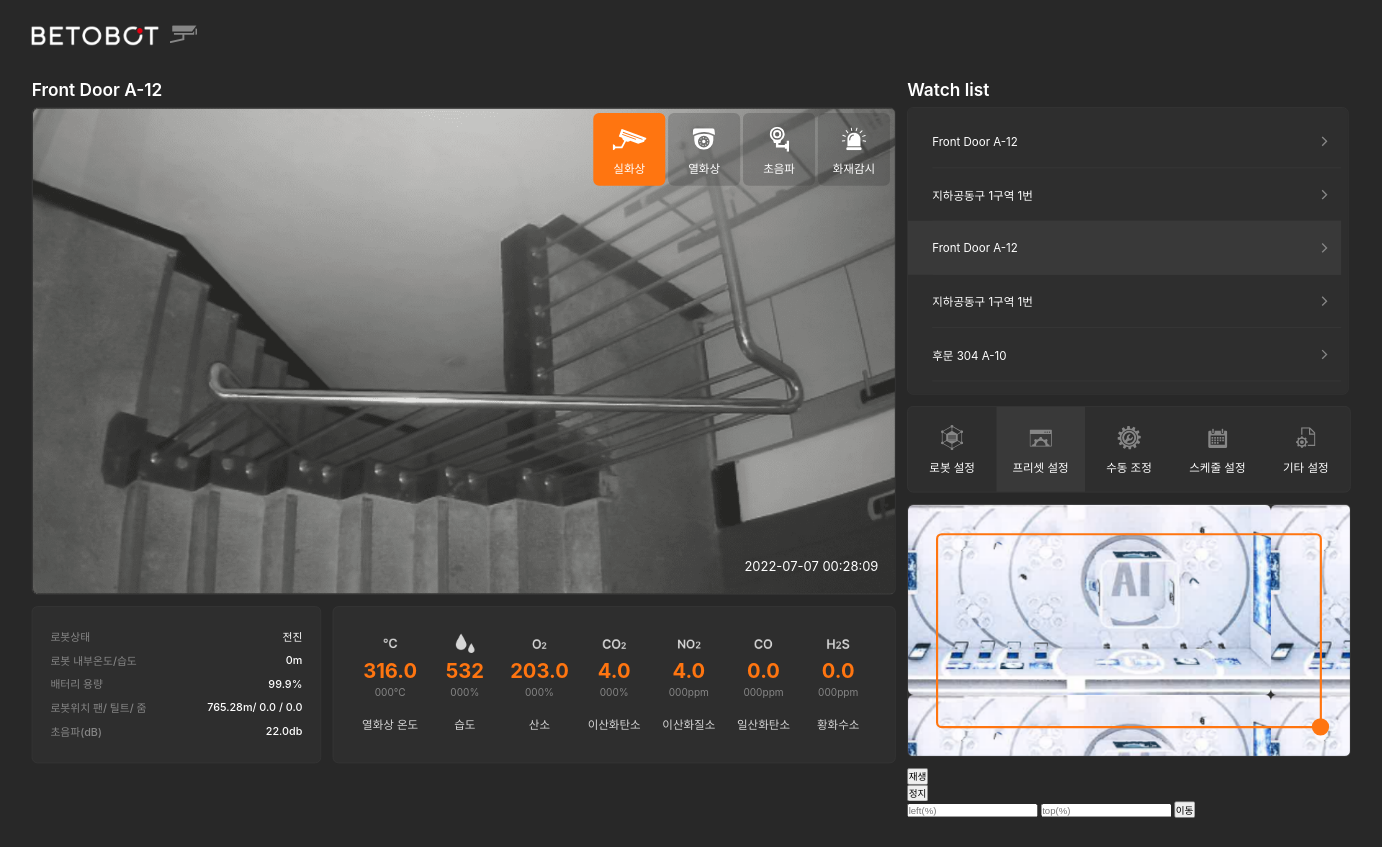
Repository: jang0ha/betobot
Page: content/main/main.html
An editor plug-in stored every save of this project. The page is shown before and after the next save, followed by the edit.
The browser window is 1280 px wide. The page is 1920 px wide, so the pictures cover 1920 px, including what lies to the right of the window. The pictures show the whole page, at 72% of full size.
An inner scrolling area shows only its first screen. Some web fonts or font styles are not loaded; a fallback is used. The style sheet was rebuilt from its Sass, Less or Tailwind sources for each picture, by a compiler version that may differ from the author's.

Above is the page before, as saved 2022-07-13 11:02:08.

After the next save:
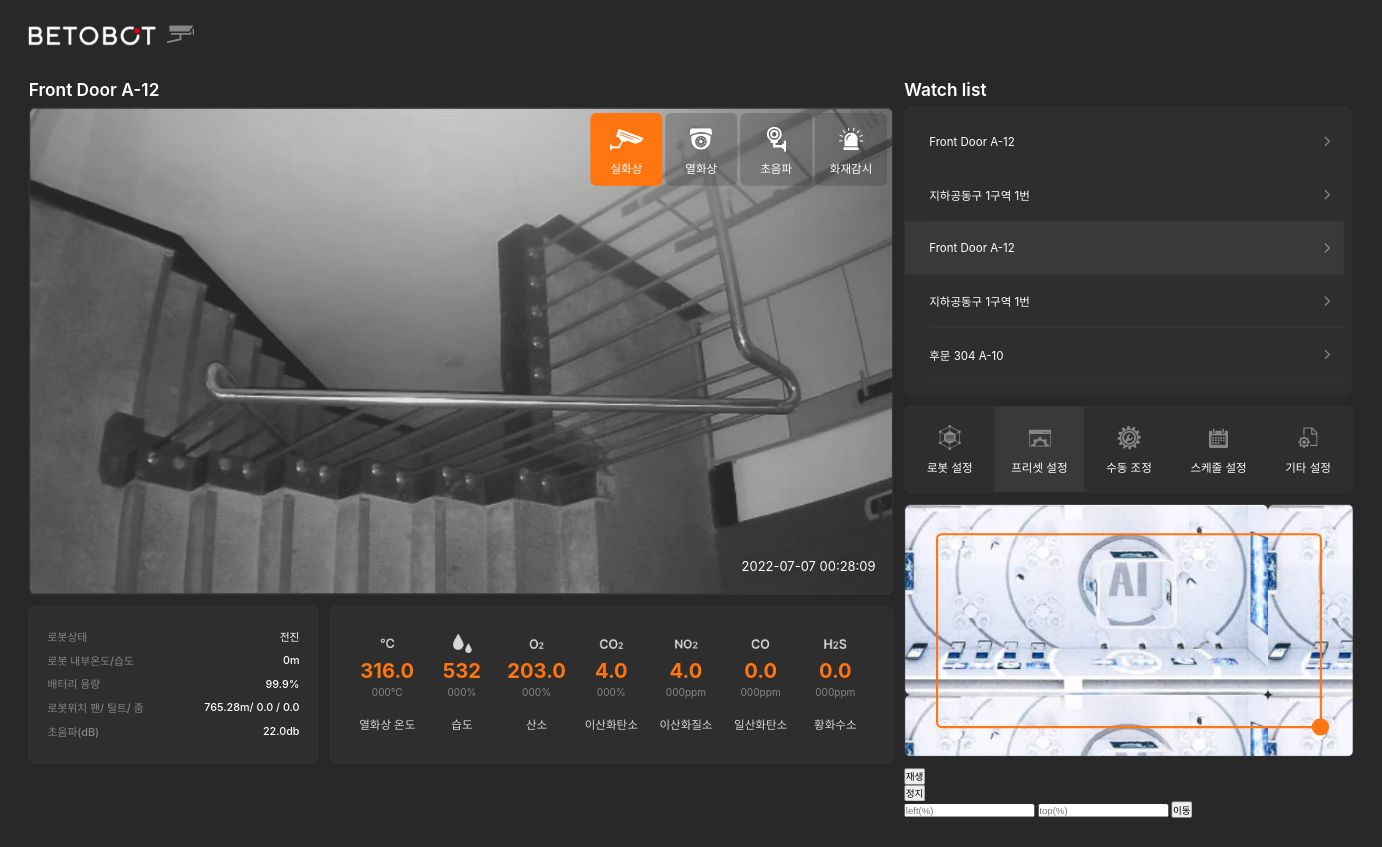
Saved 3 min 42 s later.
--- a/resources/scss/style.scss
+++ b/resources/scss/style.scss
@@ -46,8 +46,6 @@
 .container{
     width: calc(100% - 80px);
     padding:0 40px;
-    max-width: 1832px;
-    margin:auto;
 }
 
 
